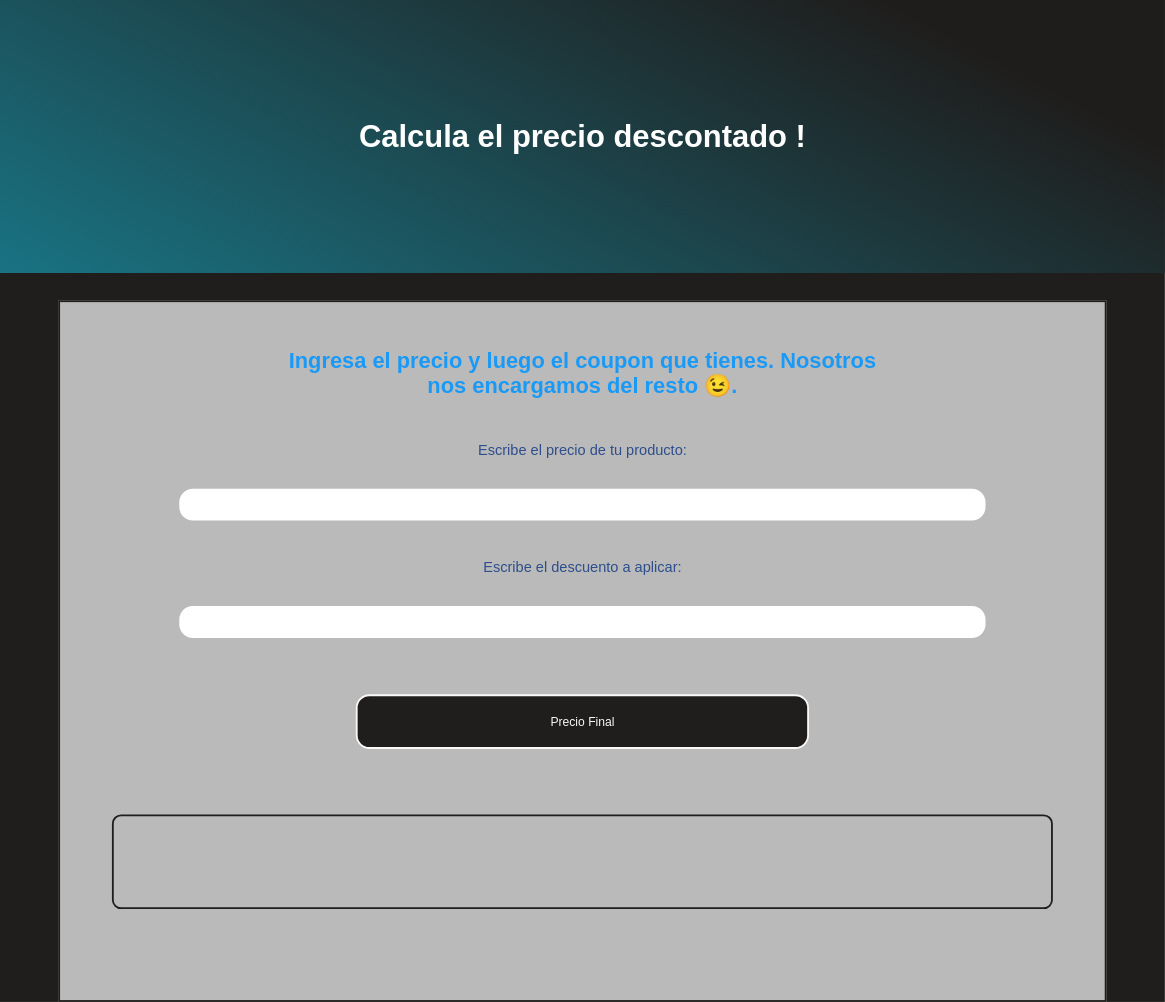
Repository: ChristianGecchelin/javascript-project
Page: javascript-project/descuentos y porcentajes/descuentos.html
An editor plug-in stored every save of this project. The page is shown before and after the next save, followed by the edit.
The browser window is 1280 px wide. The pictures show the whole page, at 91% of full size.

Above is the page before, as saved 2021-12-05 18:43:13.

### javascript-project/descuentos y porcentajes/descuentos.html
<!DOCTYPE html>
<html lang="es">
  <head>
    <meta charset="UTF-8" />
    <meta http-equiv="X-UA-Compatible" content="IE=edge" />
    <meta name="viewport" content="width=device-width, initial-scale=1.0" />
    <title>Porcentajes y descuentos</title>
    <link rel="stylesheet" href="./style.css" />
  </head>
  <body>
    <header>
      <div class="header--title-container">
        <h1>Calcula el precio descontado !</h1>
      </div>
    </header>
    <main>
      <section class="title-container">
        <h2 class="title">
          Ingresa el precio y luego el coupon que tienes. Nosotros nos
          encargamos del resto 😉.
        </h2>
        <div class="container-form">
          <form action="">
            <div class="form--labelContainer">
              <label class="form--label-input" for="inputPrice">
                Escribe el precio de tu producto:</label
              >
              <input class="form--input" type="number" id="inputPrice" />
            </div>
            <div class="form--labelContainer">
              <label class="form--label-input" for="inputCoupon"
                >Escribe el descuento a aplicar:</label
              >
              <input class="form--input" type="text" id="inputCoupon" />
            </div>

            <button type="button" onclick="calculateDiscountPrice()">
              Precio Final
            </button>
          </form>
        </div>
        <section class="container-answer">
          <p id="resultFunction"></p>
        </section>
      </section>
    </main>

    <script src="./descuentos.js"></script>
  </body>
</html>

### javascript-project/descuentos y porcentajes/style.css
:root {
  --Dark-lightblue: #197383;
  --soft-orange: #ffe9d5;
  --secondary-blue: #1a9af7;
  --soft-blue: #e7f5ff;
  --warm-black: #201e1c;
  --black: #282623;
  --grey: #bababa;
  --off-white: #faf8f7;
  --just-white: #fff;
}
* {
  box-sizing: border-box;
  margin: 0;
  padding: 0;
}
html {
  font-size: 62.5%;
  font-family: "DM Sans", sans-serif;
}
body {
  background-color: var(--warm-black);
}
header {
  position: relative;
  display: flex;
  flex-direction: column;
  justify-content: center;
  width: 100%;
  min-width: 320px;
  height: 300px;
  text-align: center;
  background: linear-gradient(207.8deg, #1f1d1c 16.69%, #197383 100%);
}
header .header--title-container {
  display: flex;
  justify-content: center;
  align-self: center;
  width: 90%;
  min-width: 288px;
  max-width: 900px;
  height: 200px;
  text-align: center;
}
header .header--title-container h1 {
  margin: auto;
  font-size: 3.4rem;
  font-weight: 700;
  line-height: 3.6rem;
  color: var(--just-white);
}

.title-container {
  width: 90%;
  height: auto;
  margin: 0 auto;
  margin-top: 30px;
  padding-top: 50px;
  padding-bottom: 100px;
  text-align: center;
  background-color: #bababa;
  border: 2px solid var(--warm-black);
}
.title-container .title {
  width: 60%;
  margin: 0 auto;
  margin-bottom: 25px;
  font-size: 2.4rem;
  font-weight: 700;
  color: #1a9af7;
}
.title-container .container-form {
  display: flex;
  flex-direction: column;
  justify-content: center;
  height: auto;
  padding: 20px 20px;
}
.title-container .container-form .form--labelContainer {
  margin-bottom: 40px;
}
.title-container .container-form .form--label-input {
  display: block;
  font-size: 1.6rem;
  font-weight: 500;
  line-height: 2.4rem;
  color: rgba(34, 68, 136, 0.92);
}
.title-container .container-form .form--input {
  display: block;
  width: 80%;
  height: 35px;
  margin: 30px auto;
  border: none;
  border-radius: 15px;
  text-align: center;
  font-size: 2rem;
  font-weight: 500;
}
.title-container .container-form .form--input:focus {
  border: 5px solid var(--Dark-lightblue);
  width: 85%;
  border-radius: 15px;
}
.title-container .container-form button {
  width: 45%;
  height: 60px;
  margin: 2%;
  padding: 5px 10px;
  border: 2px solid var(--off-white);
  border-radius: 15px;
  background-color: var(--warm-black);
  color: var(--off-white);
}
.container-answer {
  width: 90%;
  height: auto;
  margin: 0 auto;
  margin-top: 30px;
  padding-top: 50px;
  padding-bottom: 50px;
  text-align: center;
  background-color: #bababa;
  border: 2px solid var(--warm-black);
  border-radius: 10px;
}
.container-answer p {
  font-size: 3rem;
  font-weight: 700;
  line-height: 2.4rem;
  color: var(--Dark-lightblue);
}

### javascript-project/descuentos y porcentajes/descuentos.js
// Voy a relacionar los descuentos a cupones que el cliente puede aplicar para bajar el precio del producto
// 1° creo un array de objetos. propiedad: valor,
const coupons = [
  {
    name: "nuevo-socio",
    discount: 30,
  },
  { name: "primera-compra", discount: 15 },
  { name: "navidad", discount: 10 },
  {
    name: "cumpleaños",
    discount: 5,
  },
];
function calculoPrecioConDescuento(precio, descuento) {
  // Calculo el porcentaje final que PAGARA el cliente
  const porcentajePrecioConDescuento = 100 - descuento;
  const precioConDescuento = (precio * porcentajePrecioConDescuento) / 100;
  return precioConDescuento;
}
//Esta funcion es la que llamaremos cuando tocamos el boton
//tomamos los valores puestos en los input
function calculateDiscountPrice() {
  const inputPrice = document.getElementById("inputPrice");
  const priceValue = inputPrice.value;
  const inputCoupon = document.getElementById("inputCoupon");
  const couponValue = inputCoupon.value;
  // Esta funcion validara si coupon name es igual a coupon value, solo se ejecuta cuando la llamo

  const isCouponValueValid = function (coupon) {
    return coupon.name === couponValue;
  };
  //recorreremos el array de cupones para ver si lo introducido en el input corresponde a un cupon valido mediante la funcion anterior y lo almacenamos en una constante
  const userCoupon = coupons.find(isCouponValueValid);
  //si no corresponde nos da un alert. Pero si es valido, la propiedad discount se la asigno a descuento y ejecuto las funciones para calcular
  //finalmente lo traslado al html
  if (!userCoupon) {
    alert(`El cupón ${couponValue} no es válido`);
  } else {
    const descuento = userCoupon.discount;
    const precioConDescuento = calculoPrecioConDescuento(priceValue, descuento);
    const resultFunction = document.getElementById("resultFunction");
    resultFunction.innerText = `El precio con descuento es: ${precioConDescuento}`;
  }
}

After the next save:
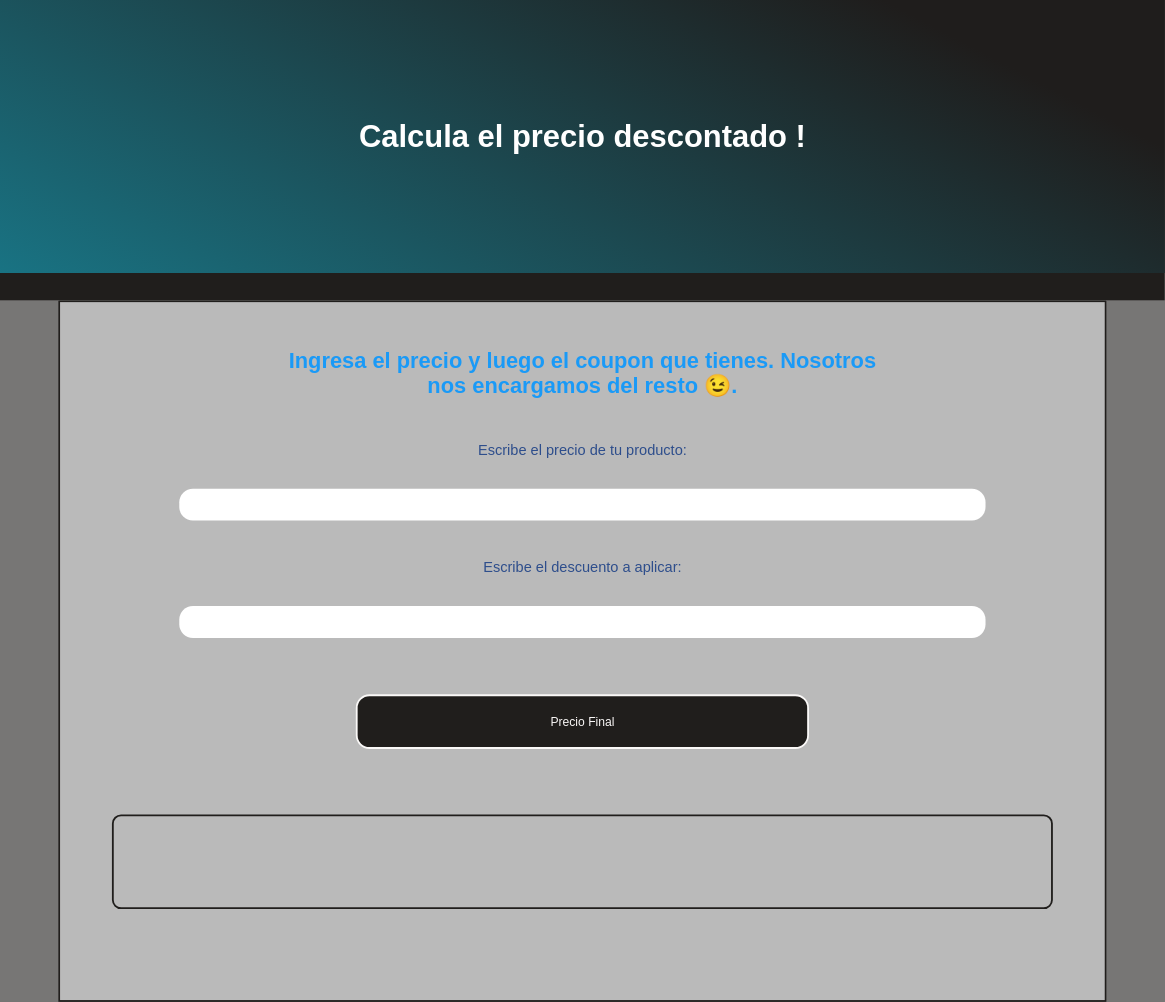
Saved 32 s later.
--- a/javascript-project/descuentos y porcentajes/style.css
+++ b/javascript-project/descuentos y porcentajes/style.css
@@ -49,7 +49,12 @@
   line-height: 3.6rem;
   color: var(--just-white);
 }
-
+main {
+  width: 100%;
+  height: auto;
+  background-color: rgba(206, 206, 206, 0.5);
+  min-width: 320px;
+}
 .title-container {
   width: 90%;
   height: auto;

After the 4 saves that followed:
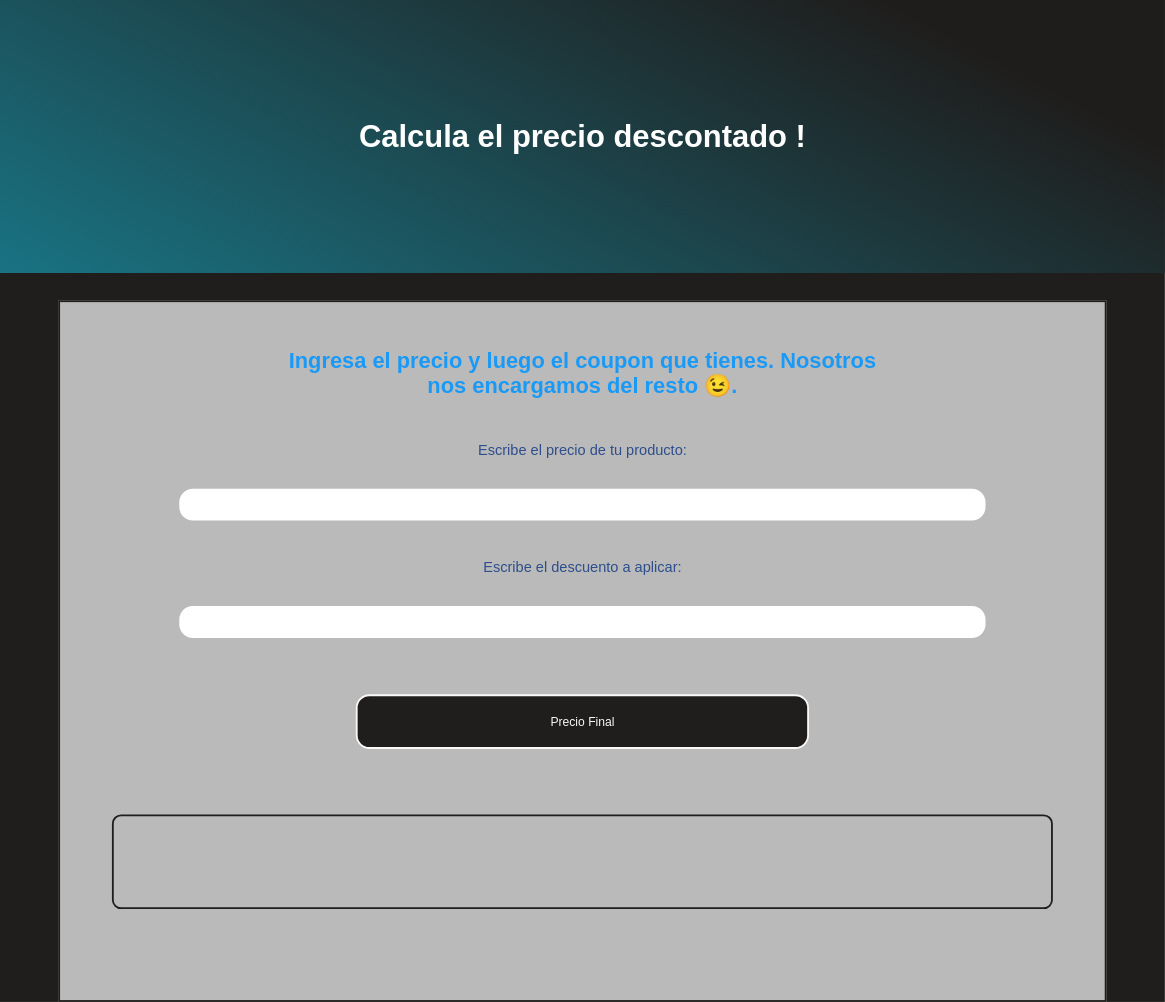
The 4 saves are shown as one change because 3 left the picture as it was.
The last was saved 107 s later.
--- a/javascript-project/descuentos y porcentajes/style.css
+++ b/javascript-project/descuentos y porcentajes/style.css
@@ -52,11 +52,11 @@
 main {
   width: 100%;
   height: auto;
-  background-color: rgba(206, 206, 206, 0.5);
   min-width: 320px;
 }
 .title-container {
   width: 90%;
+  min-width: 280px;
   height: auto;
   margin: 0 auto;
   margin-top: 30px;
@@ -94,6 +94,7 @@
 .title-container .container-form .form--input {
   display: block;
   width: 80%;
+  min-width: 250px;
   height: 35px;
   margin: 30px auto;
   border: none;
@@ -119,6 +120,7 @@
 }
 .container-answer {
   width: 90%;
+  min-width: 260px;
   height: auto;
   margin: 0 auto;
   margin-top: 30px;
